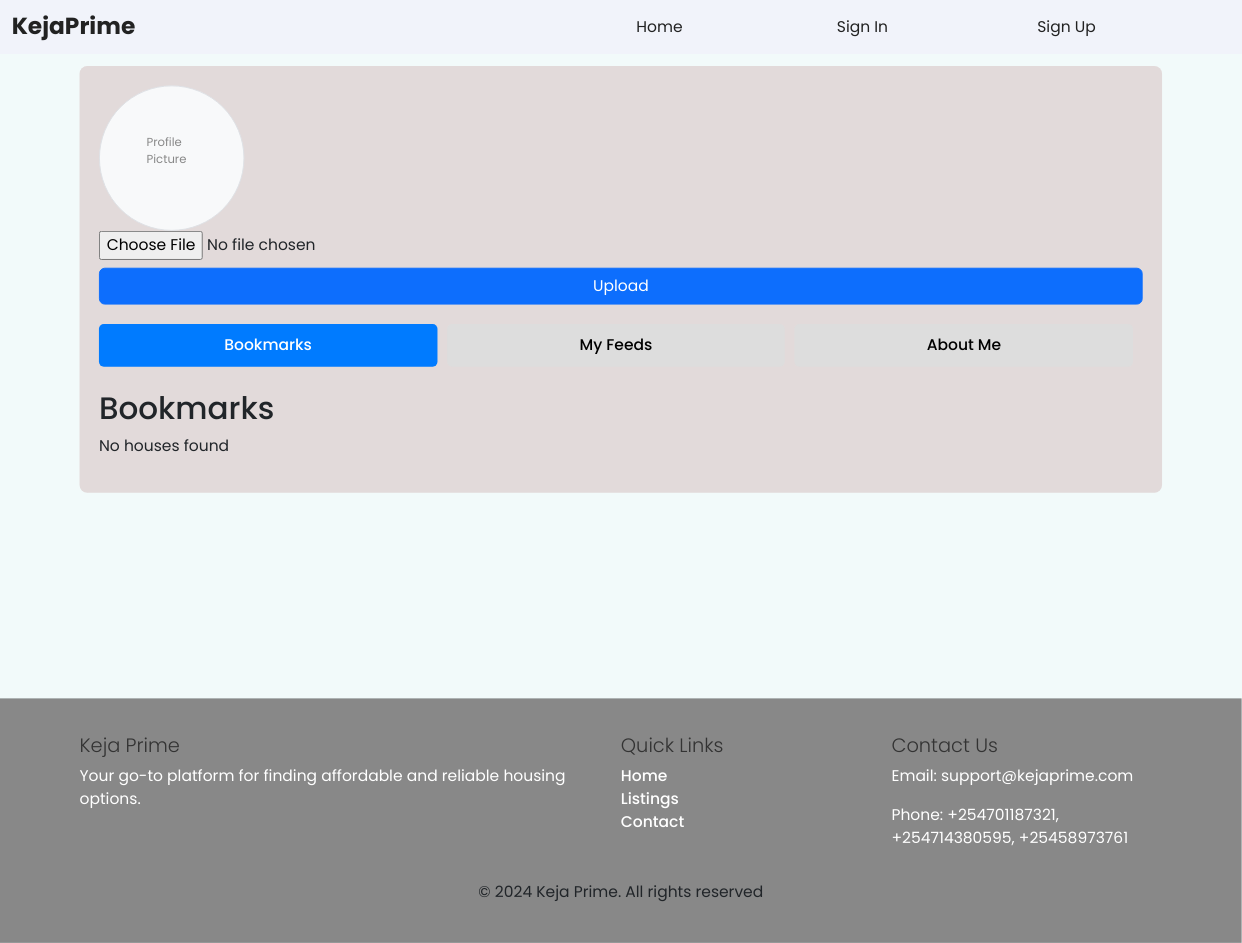
Repository: Pascal7601/kejaPrime
Page: /profile (app in frontend/)
These files come from the project's save history. The page is drawn as it stood at one moment and after the next save; the edit follows.
The browser window is 1280 px wide. The pictures show the whole page, at 97% of full size.
The page's requests for data from a server got no answer. The project was rebuilt for these pictures with package versions that can differ from the ones it lists, and the page was loaded fresh each time. No one was signed in, and anything a server would have sent is missing. Also part of the build but not shown: frontend/vite.config.js, frontend/src/styles/HeroSection.css, frontend/src/components/HeroSection.jsx, frontend/src/pages/Home.jsx, frontend/src/components/Houses.jsx, frontend/src/pages/Listings.jsx, frontend/src/styles/PostHouse.css, frontend/src/pages/PostHouse.jsx and 10 more.

Above is the page before, as saved 2024-10-22 11:34:44.

After the next save:
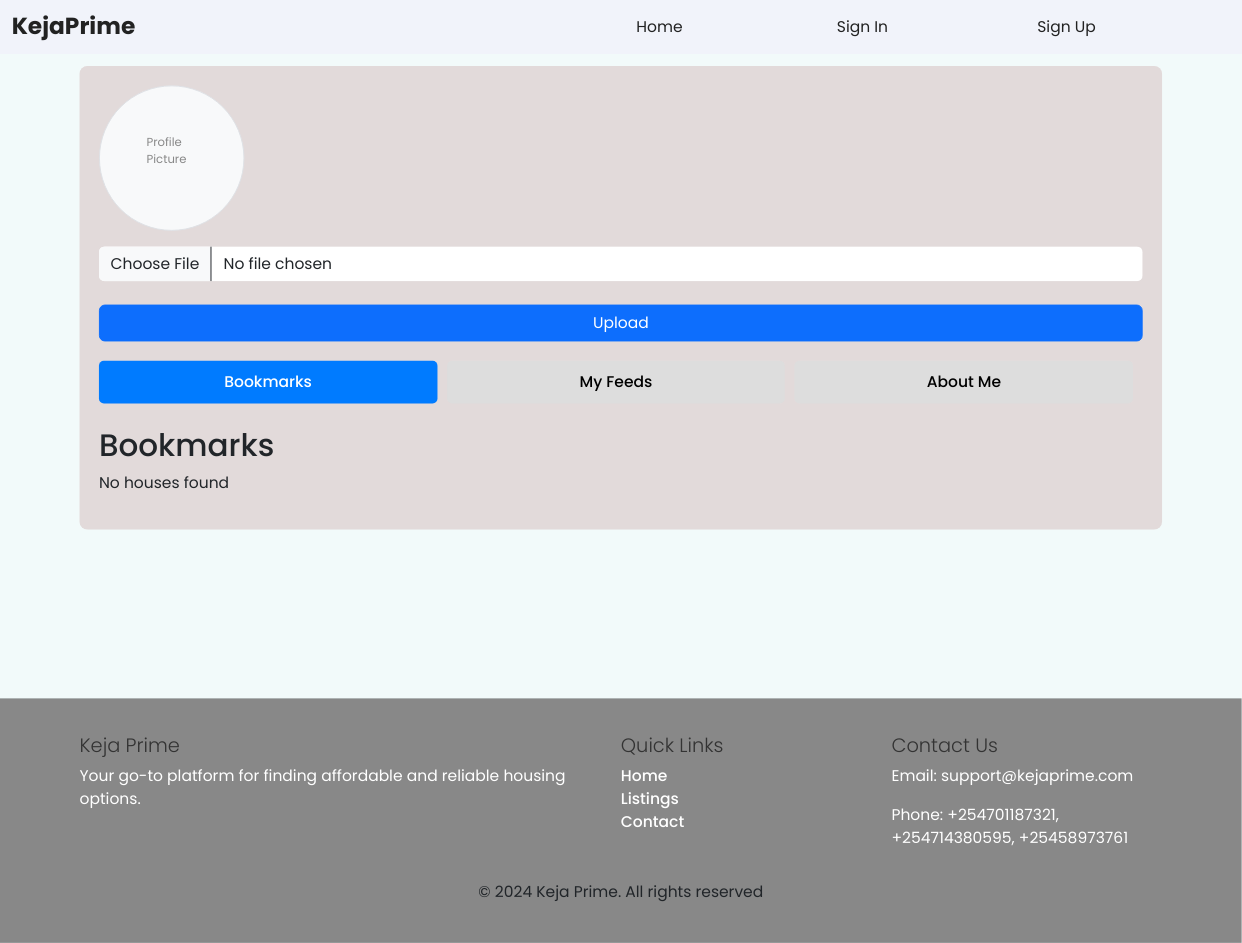
Saved 61 s later.
--- a/frontend/src/components/Profile.jsx
+++ b/frontend/src/components/Profile.jsx
@@ -213,7 +213,7 @@ function Profile() {
                   <p>Profile Picture</p>
                 </div>
               )}
-              <input type="file" onChange={handleFileChange} />
+              <input type="file" onChange={handleFileChange} accept="image/*" className="form-control my-3" />
               <button onClick={handleFileUpload} className="btn btn-primary mt-2">Upload</button>
             </div>
           </div>
